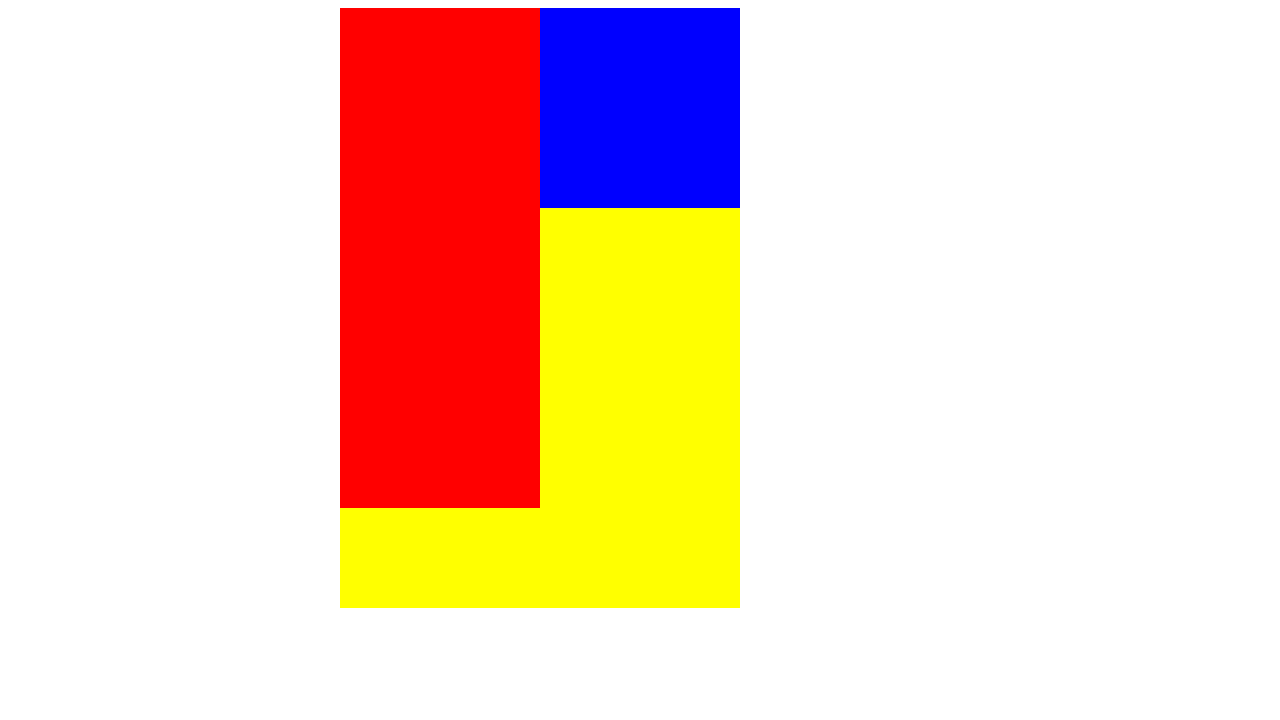
Repository: suhong99/htmlLecture
Page: cssWork1/src/main/webapp/index.html
The author's editor kept a copy of each file at every save. The page is drawn from the files as they stood at one save, then again after the next save.
The browser window is 1280 px wide. The pictures show the whole page.

Above is the page before, as saved 2023-06-22 04:44:59.

### cssWork1/src/main/webapp/index.html
<!DOCTYPE html>
<html>
<head>
<meta charset="UTF-8">
<title>Insert title here</title>
<style type="text/css">
	#container {
		margin:auto;
		width:600px;
		height:600px;
		display:flex;
		flex-direction: row;
	}
	.smallContainer{
		width:200px;
		height:100%;
	}
	#oneTop{
		background-color: red;
		width:100%;
		height:500px;
	}
	#oneBottom{
		background-color: yellow;
		width:100%;
		height:100px;
	}
	#twoTop{
		background-color: blue;
		width:100%;
		height:200px;
	}
	#twoBottom{
		background-color: yellow;
		width:100%;
		height:400px;
	}
</style>
</head>
<body>
	<div id ="container">
		<div class="smallContainer">
			<div id="oneTop"></div>
			<div id="oneBottom"></div>
		</div>
		<div class="smallContainer">
			<div id="twoTop"></div>
			<div id="twoBottom"></div>
		</div>
		<div class="smallContainer">
			<div id="threeTop"></div>
			<div id="threeBottom"></div>
		</div>
	</div>
</body>
</html>

After the next save:
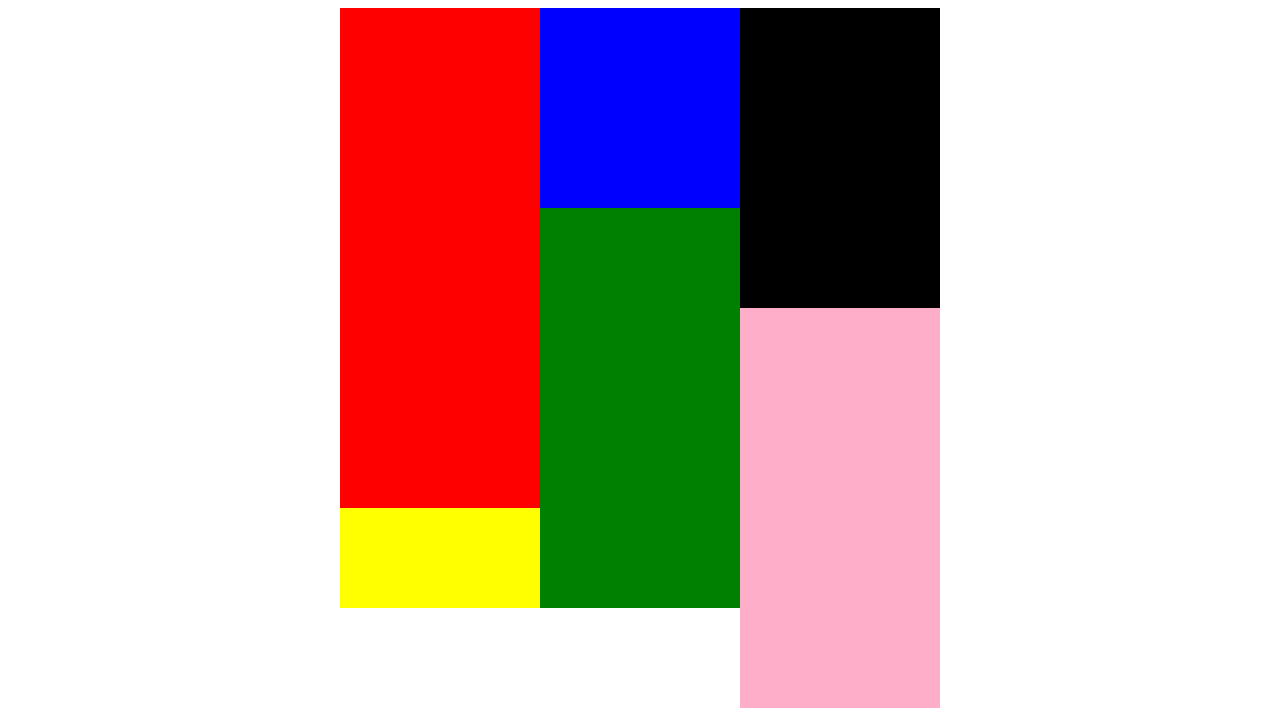
Saved 66 s later.
--- a/cssWork1/src/main/webapp/index.html
+++ b/cssWork1/src/main/webapp/index.html
@@ -31,7 +31,17 @@
 		height:200px;
 	}
 	#twoBottom{
-		background-color: yellow;
+		background-color: green;
+		width:100%;
+		height:400px;
+	}
+	#threeTop{
+		background-color: black;
+		width:100%;
+		height:50%;
+	}
+	#threeBottom{
+		background-color: #FFAEC9;
 		width:100%;
 		height:400px;
 	}
